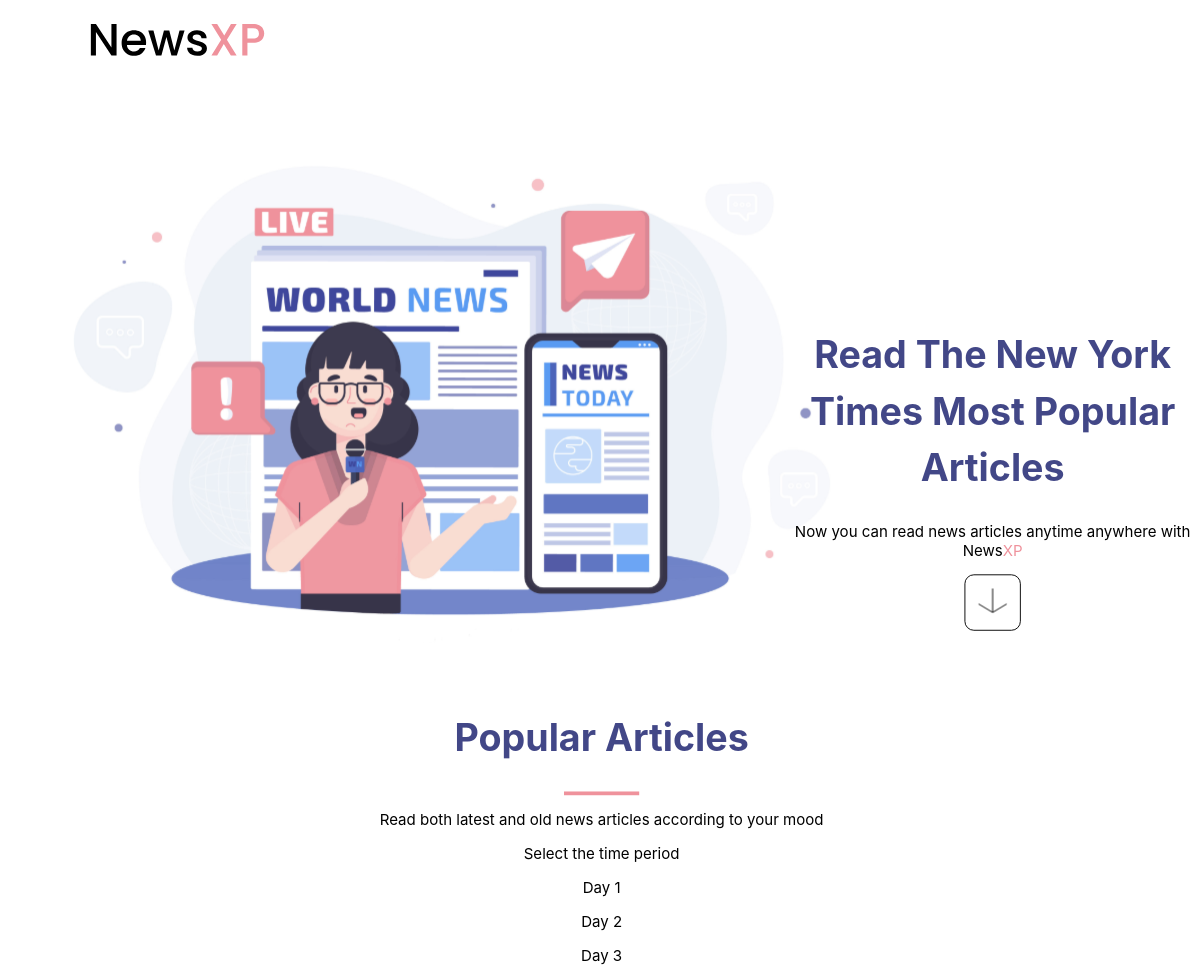
Repository: vishalsinghhh/NewsXP
Page: /
An editor plug-in stored every save of this project. The page is shown before and after the next save, followed by the edit.
The browser window is 1280 px wide. The pictures show the whole page, at 94% of full size.
The project was rebuilt for these pictures with package versions that can differ from the ones it lists, and the page was loaded fresh each time. Imported but missing from the stored project, and not drawn on this page: src/pages/Error.

Above is the page before, as saved 2021-08-20 11:14:22.

### src/App.js
import React from "react";
import { BrowserRouter as Router, Route, Switch } from "react-router-dom";
// import pages
import Home from "./pages/Home";
import Error from "./pages/Error";
// import components
import Navbar from "./components/Navbar"
import Footer from "./components/Footer"

function App() {
  return (
    <div>
      <Router>
        <Navbar />
        <Switch>
          <Route exact path="/">
            <Home />
          </Route>
          <Route path="*">
            <Error />
          </Route>
        </Switch>
        <Footer/>
      </Router>
    </div>
  );
}

export default App;

### src/pages/Home.jsx
import React from 'react'
import hero from '../images/hero.svg'
import arrow from '../images/arror.svg'
import './pages.css'

const Home = () => {
    return (
      <main>
        <div className="hero">
          <div className="hero-center">
            <div className="hero-info">
              <h1>Read The New York Times Most Popular Articles</h1>
              <p>
                Now you can read news articles anytime anywhere with News
                <span className="xp">XP</span>
              </p>
              <button className="btn">
                <img src={arrow} alt="arrow" className="arrow" />
              </button>
            </div>
            <div className="hero-images">
              <img src={hero} alt="hero" className="hero-img" />
            </div>
          </div>
        </div>
        <div className="news">
          <div className="news-center">
            <div className="news-info">
              <h1 className="news-title">Popular Articles</h1>
              <div className="underline"></div>
              <p>
                Read both latest and old news articles according to your mood
              </p>
              <p>Select the time period</p>
              <div className="days">
                <div className="day1"><p>Day 1</p></div>
                <div className="day2"><p>Day 2</p></div>
                <div className="day3"><p>Day 3</p></div>
              </div>
              <div className="news-cards">
              </div>
            </div>
          </div>
        </div>
      </main>
    );
}

export default Home

### src/components/Navbar.js
import React from 'react'
import { Link } from "react-router-dom";
import logo from '../images/logo.svg';
import './Components.css';

const Navbar = () => {
    return (
        <nav className="nav">
            <div className="nav-center">
                <Link to='/'>
                    <img src={logo} alt="logo" className="logo" />
                </Link>
            </div>
        </nav>
    )
}

export default Navbar

### src/components/Footer.js
import React from 'react'

const Footer = () => {
    return (
        <div>
            {/* <h1>Footer</h1> */}
        </div>
    )
}

export default Footer

### src/pages/pages.css
.btn {
  /* Rectangle 1 */

  /* position: absolute; */
  width: 60px;
  height: 60px;
  left: 1113px;
  top: 512px;

  background: #ffffff;
  border: 1px solid #000000;
  box-sizing: border-box;
  border-radius: 10px;
}

.hero::before {
  content: "";
  position: absolute;
  width: 100%;
  height: 65%;
  top: 0;
  left: 0;
}
.hero {
  position: relative;
  min-height: 100vh;
  margin-top: -5rem;
  margin-left: 2rem;
  display: grid;
  grid-template-columns: 1fr;
  /* justify-items: center; */
}
.hero-center {
  width: 90vw;
  max-width: var(--max-width);
  display: grid;
  align-items: center;
}
.hero-img {
  /* position: relative; */
  z-index: -1;
  margin-top: 10%;
}
.hero-info {
  position: absolute;
  text-transform: none;
  margin-left: 50rem;
  margin-top: 16rem;
  text-align: center;
}
.hero-info h1 {

  max-width: 1500px;
  font-size: 2.5rem;
  letter-spacing: 3%;
  line-height: 150%;
  color: #424787;
}
.xp{
    color: #EF929C;
}
.btn{
    cursor: pointer;
}
.btn:hover{
    background: #EF929C;
    transition: all 0.7s ease;
}
.arrow{
    animation: bounce 2s infinite;
}
@keyframes bounce {
  0%, 20%, 50%, 80%, 100% {
    transform: translateY(0);
  }
  40% {
    transform: translateY(-25px);
  }
  60% {
    transform: translateY(-10px);
  }
}


/* *******Popular Articles*********  */
/* .news{
  position: absolute;
  justify-content: center;
  align-items: center;
} */
.news{
  display: flex;
  justify-content: center;
  text-align: center;
}
.news-title{
  max-width: 1500px;
  font-size: 2.5rem;
  letter-spacing: 3%;
  line-height: 150%;
  color: #424787;
}
.underline {
  width: 5rem;
  height: 0.25rem;
  background: #EF929C;
  margin-left: auto;
  margin-right: auto;
}

### src/components/Components.css
:root {

  --transition: all 0.3s linear;
  --spacing: 0.1rem;
  --radius: 0.25rem;
  --light-shadow: 0 5px 15px rgba(0, 0, 0, 0.1);
  --dark-shadow: 0 5px 15px rgba(0, 0, 0, 0.2);
  --max-width: 1170px;
  --fixed-width: 620px;
}
.nav {
  height: 5.5rem;
  display: flex;
  align-items: center;
  justify-content: center;
  background: transparent;
  position: relative;
  z-index: 1;
}
.nav-center {
  width: 85vw;
  /* max-width: var(--max-width); */
}

Loaded but not shown: public/index.html (common file); src/index.js (common file); src/index.css (common file)

After the next save:
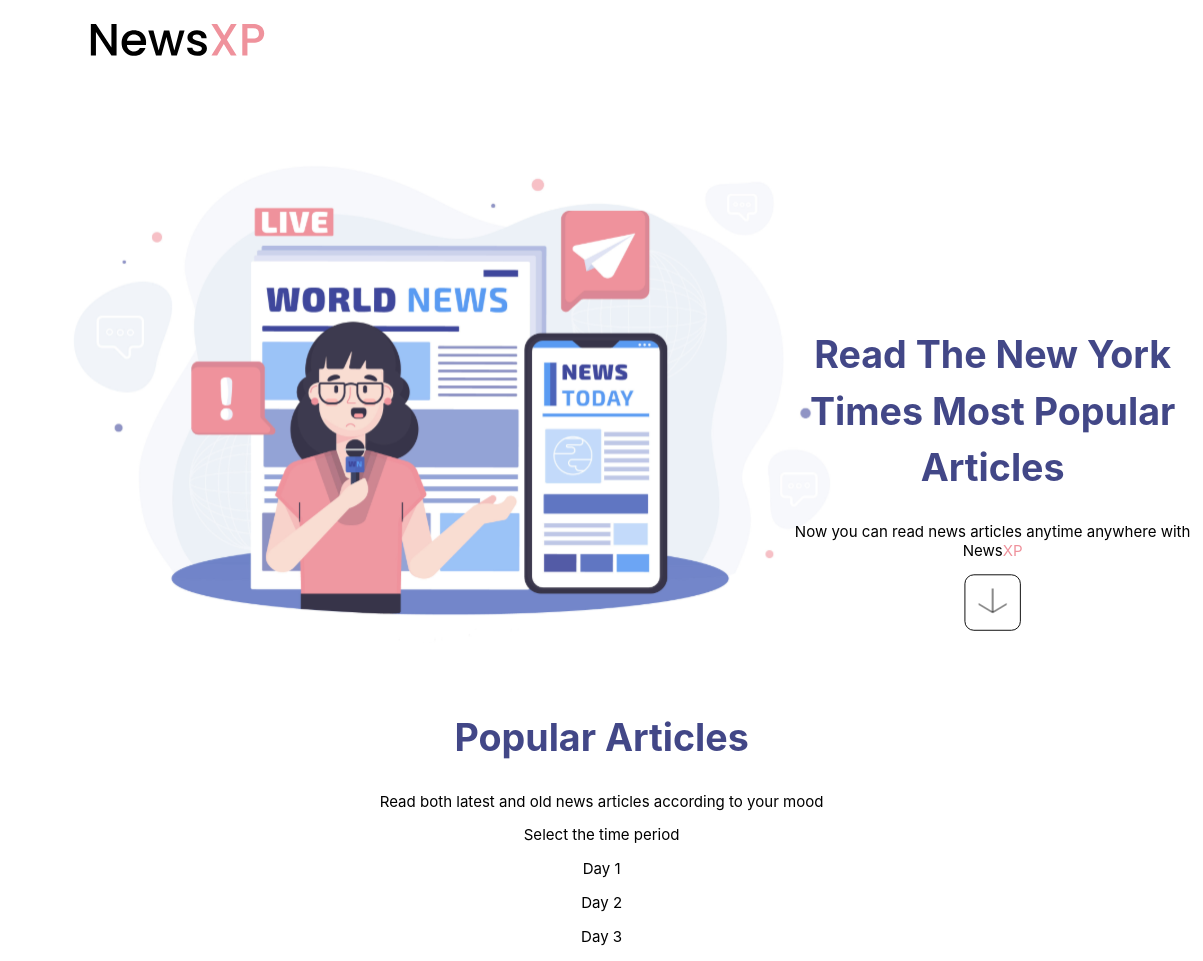
Saved 13 s later.
--- a/src/pages/pages.css
+++ b/src/pages/pages.css
@@ -102,7 +102,7 @@
 }
 .underline {
   width: 5rem;
-  height: 0.25rem;
+  height: 0rem;
   background: #EF929C;
   margin-left: auto;
   margin-right: auto;
